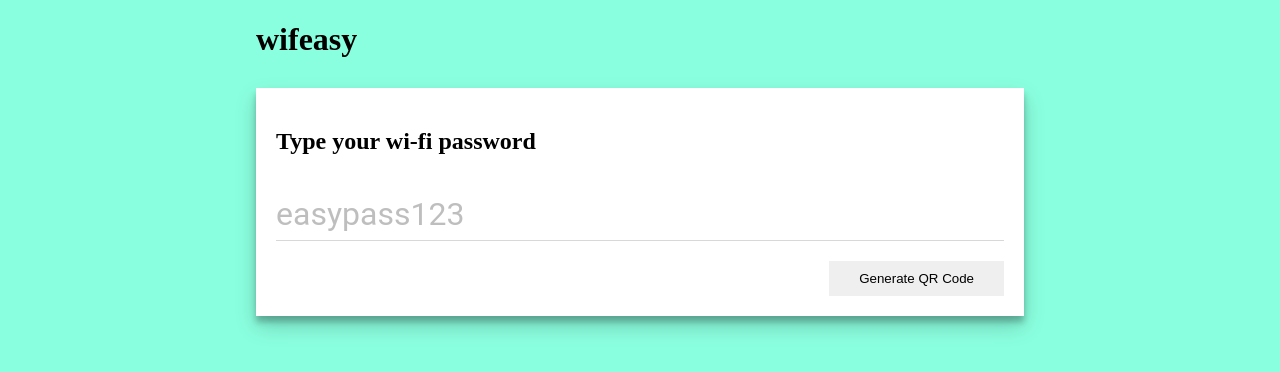
Repository: akagabi/wifeasy
Page: index.html
These files come from the project's save history. The page is drawn as it stood at one moment and after the next save; the edit follows.
The browser window is 1280 px wide. The pictures show the whole page.

Above is the page before, as saved 2018-12-25 12:56:28.

### index.html
<!DOCTYPE html>
<html lang="en">
<head>
    <meta charset="UTF-8">
    <meta name="viewport" content="width=device-width, initial-scale=1.0">
    <meta http-equiv="X-UA-Compatible" content="ie=edge">
    <title>Wifeasy</title>
    <link rel="stylesheet" href="style.css">
    <script src="index.js"></script>
</head>
<body>
    <div class="wrapper">
        <header class="header">
            <h1 class="header__title">
                wifeasy
            </h1>
        </header>
        <section class="steps">
            <article class="steps__container">
                <form class="form">
                    <h2 class="steps__title">
                        Type your wi-fi password
                    </h2>
                    <label class="input__wrapper">
                        <div class="input__container">
                            <input type="text" class="input" placeholder="easypass123">
                            <div class="input__line"></div>
                            <span class="input__placeholder">
                                easypass123
                            </span>
                        </div>
                    </label>
                    <div class="buttons">
                        <button class="button" type="button">
                            Generate QR Code
                        </button>
                    </div>
                </form>
            </article>
            <article class="steps__container hidden">

            </article>
        </section>
    </div>
</body>
</html>

### style.css
body {
    background-color: rgb(138, 255, 223);
}

.wrapper {
    margin: 0 auto;
    max-width: 768px;
}

.header__title {
    margin-bottom: 30px;
}

.input__wrapper {
    display: block;
    margin-bottom: 20px;
}

  .input {
    font-family: "Roboto";
    background-color: transparent;
    border: 0;
    color: #333333;
    font-size: 32px;
    line-height: 1.13;
    margin-top: 23px;
    outline: none;
    margin-bottom: 5px;
    position: relative;
    transition: border 0.125s ease-in-out;
    width: 100%;
  }
  .input::placeholder {
    color: transparent;
  }

  .input:placeholder-shown + .input__line::after {
    width: 0;
  }

  .input:placeholder-shown ~ .input__placeholder {
    font-size: 32px;
    opacity: 0.25;
    transform: translateY(0);
  }

  .input__container {
    position: relative;
  }

  .input__line {
    background-color: rgba(102, 102, 102, 0.25);
    bottom: 0;
    height: 1px;
    left: 0;
    position: absolute;
    right: 0;
  }

  .input__line::after {
    background-color: #00a2b5;
    content: "";
    position: absolute;
    left: 0;
    height: 2px;
    bottom: 0;
    width: 100%;
    transition: width 0.325s ease-in-out;
  }

  .input__wrapper {
    display: block;
  }

  .input__placeholder {
    font-family: "Roboto";
    bottom: 8px;
    left: 0;
    position: absolute;
    opacity: 0;
    pointer-events: none;
    transition: all 0.125s ease-in-out;
  }

  .steps {
    background-color: #fff;
    box-shadow: 0 10px 20px rgba(0,0,0,0.19), 0 6px 6px rgba(0,0,0,0.23);
    padding: 20px;
  }

  .buttons {
    display: flex;
    justify-content: flex-end;
  }

  .button {
    border: 0;
    padding: 10px 30px;
  }

Loaded but not shown: index.js (no copy from this time; the picture is the same without it)

After the next save:
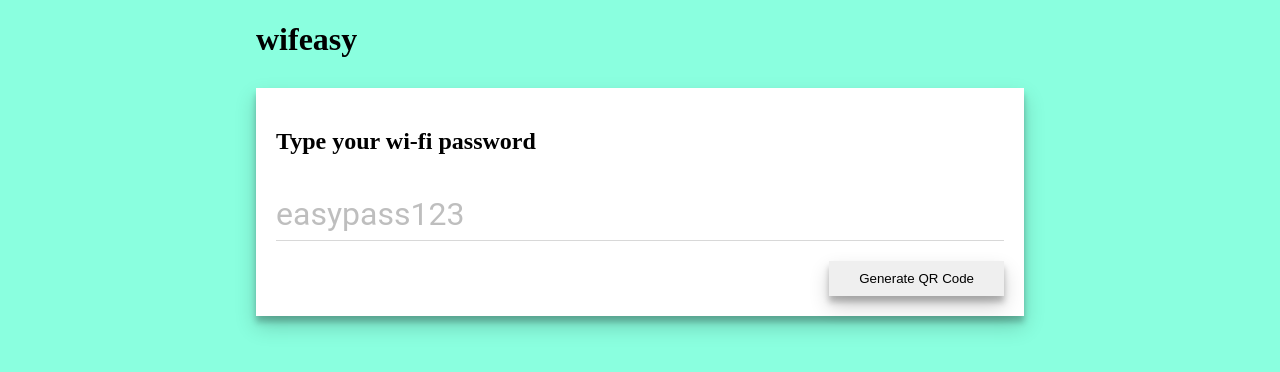
Saved 10 s later.
--- a/style.css
+++ b/style.css
@@ -94,6 +94,7 @@
   }
 
   .button {
+    box-shadow: 0 10px 20px rgba(0,0,0,0.19), 0 6px 6px rgba(0,0,0,0.23);
     border: 0;
     padding: 10px 30px;
   }
